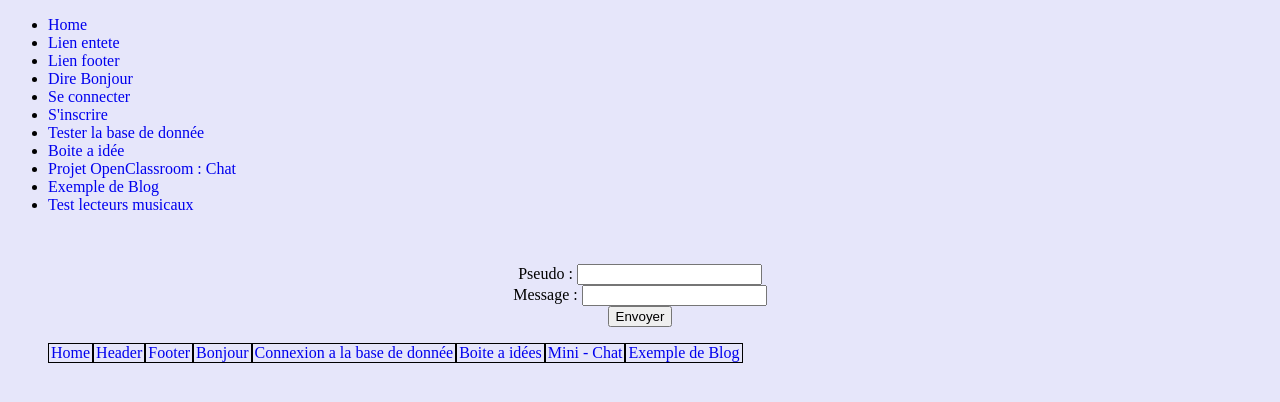
Repository: DylanORK/htdocs
Page: http://localhost/Minichat.php
These files come from the project's save history. The page is drawn as it stood at one moment and after the next save; the edit follows.
The browser window is 1280 px wide. The pictures show the whole page.
The page is run by PHP 8.4 with error messages shown; the project is at /var/www/html/. Queries for data that is not in the repository find no rows.

Above is the page before, as saved 2015-06-02 10:29:57.

After the next save:
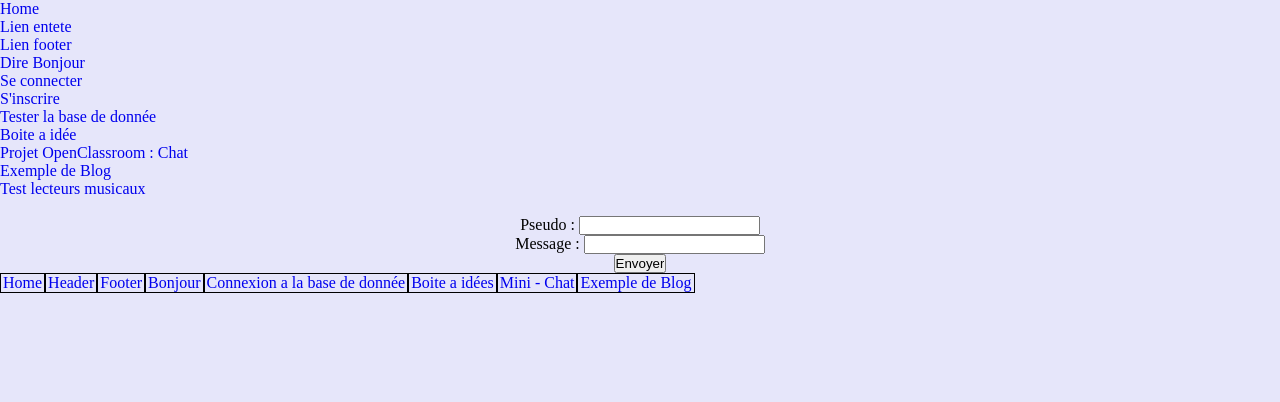
Saved 5 min 32 s later.
--- a/EclipsePHP/InterFaceWeb/Style/Style-css.php
+++ b/EclipsePHP/InterFaceWeb/Style/Style-css.php
@@ -1,4 +1,9 @@
 <style type="text/css">
+*
+{
+padding : 0;
+margin : 0;
+}
 
 
 
